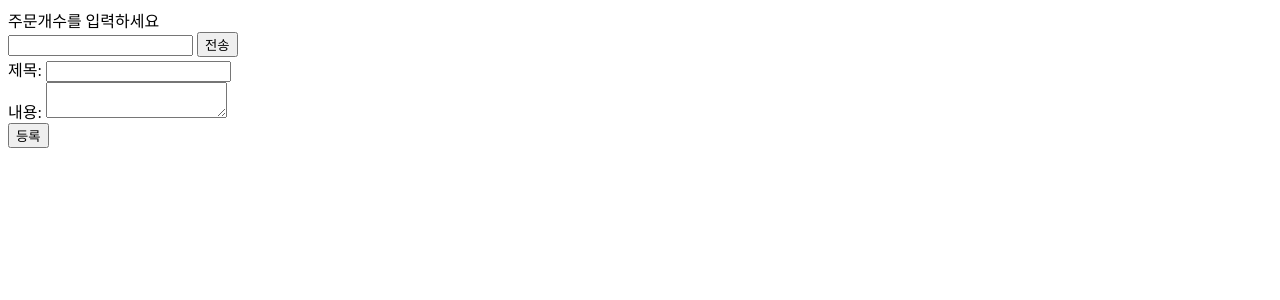
Repository: bitcamp-pool/newlecwork
Page: JSPprj/src/main/webapp/input.html
An editor plug-in stored every save of this project. The page is shown before and after the next save, followed by the edit.
The browser window is 1280 px wide. The pictures show the whole page.

Above is the page before, as saved 2022-04-17 07:51:15.

### JSPprj/src/main/webapp/input.html
<!DOCTYPE html>
<html>
<head>
<meta charset="UTF-8">
<title>Get요청</title>
</head>
<body>
	<div>
	<!-- 서블릿 매핑 주소(actiotn): 전송버튼을 누르면 order서블릿으로 요청
		 http://localhost:8080/order
		 name속성(키)값이 있으면
		 http://localhost:8080/order?cnt=3(입력값)
		 으로 전달
	-->
		<form action="order">
			<div>
				<label>주문개수를 입력하세요</label>
			</div>
			<div>
				<input type="text" name="cnt"/>
				<input type="submit" value="전송"/>
			</div>
		</form>
	</div>

	<div>
	<!-- 서블릿 매핑 주소(actiotn): 전송버튼을 누르면 notice-reg서블릿으로 요청
		 http://localhost:8080/notice-reg
	-->
		<form action="notice-reg">
			<div>
				<label>제목:</label>
				<input name="title" type="text">
			</div>
			<div>
				<label>내용:</label>
				<textarea name="content" rows="" cols=""></textarea>
			</div>
			<div>
				<input type="submit" value="등록"/>
			</div>
		</form>
	</div>
</body>
</html>

After the next save:
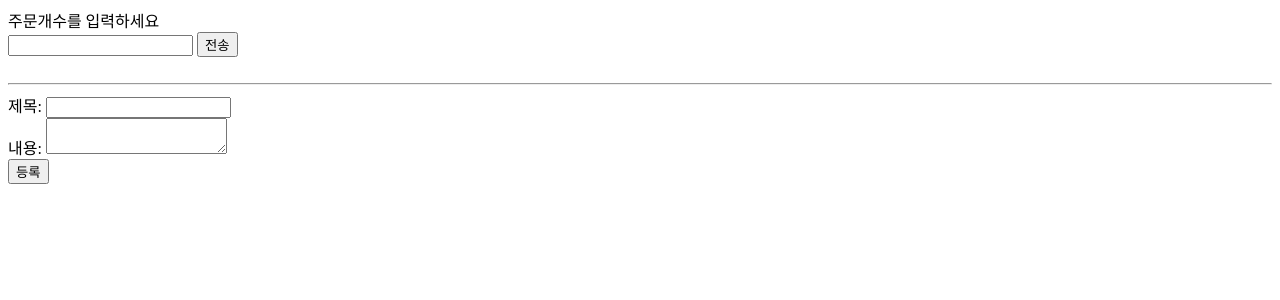
Saved 57 s later.
--- a/JSPprj/src/main/webapp/input.html
+++ b/JSPprj/src/main/webapp/input.html
@@ -24,6 +24,8 @@
 	</div>
 
 	<div>
+	<br>
+	<hr>
 	<!-- 서블릿 매핑 주소(actiotn): 전송버튼을 누르면 notice-reg서블릿으로 요청
 		 http://localhost:8080/notice-reg
 	-->
